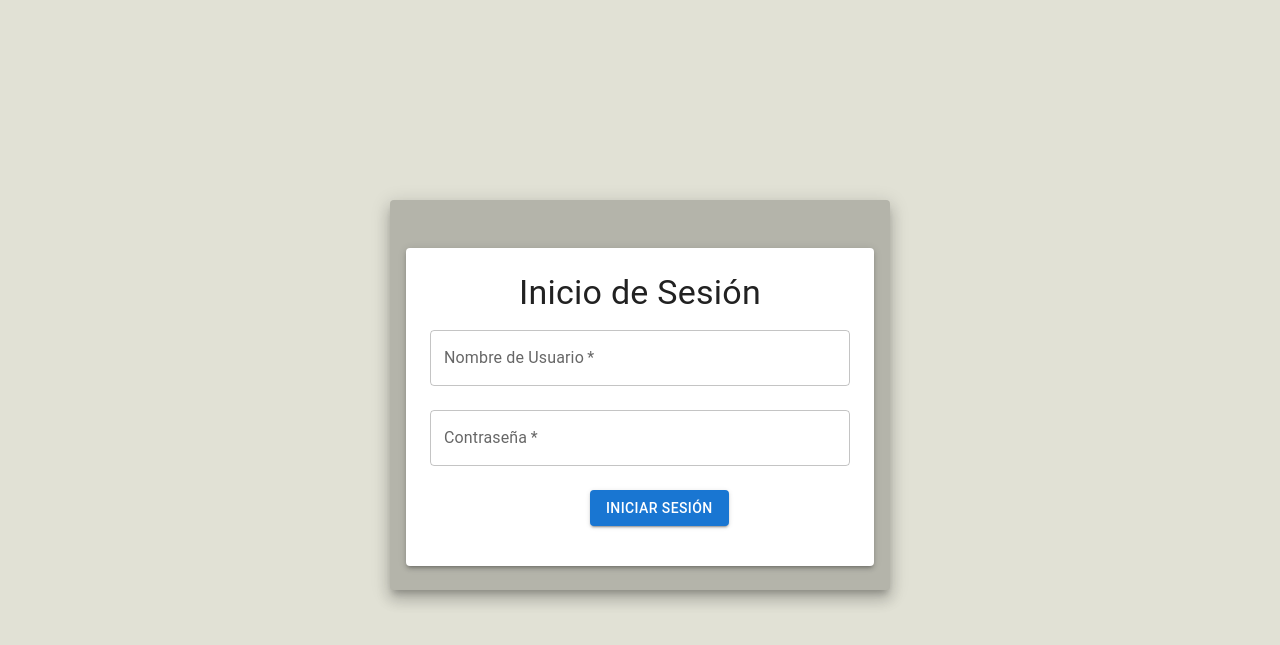
Repository: Mpablom/usuarioCaC-integrador-final-front
Page: /
The author's editor kept a copy of each file at every save. The page is drawn from the files as they stood at one save, then again after the next save.
The browser window is 1280 px wide. The pictures show the whole page.
The project was rebuilt for these pictures with package versions that can differ from the ones it lists, and the page was loaded fresh each time. Also part of the build but not shown: vite.config.ts, src/components/UsuariosTable.tsx.

Above is the page before, as saved 2024-07-11 00:35:23.

### src/App.tsx
// App.tsx (o donde configures tus rutas)
import React from 'react';
import {
  BrowserRouter as Router,
  Route,
  Routes,
  Navigate,
} from 'react-router-dom';
import Login from './components/Login'; // Componente de inicio de sesión
import UsuariosTable from './components/UsuariosTable'; // Componente de la tabla de usuarios

const App: React.FC = () => {
  return (
    <Router>
      <Routes>
        <Route path="/login" element={<Login />} />
        <Route path="/usuarios" element={<UsuariosTable />} />
        <Route path="/" element={<Navigate to="/login" />} />
      </Routes>
    </Router>
  );
};

export default App;

### src/index.css
 :root {
  font-family: system-ui, -apple-system, BlinkMacSystemFont, 'Segoe UI', Roboto;
  line-height: 1.5;
  /* font-weight: 400; */

  color-scheme: light dark;
  color: rgba(255, 255, 255, 0.87);
  background-color: #E1E1D5;

  font-synthesis: none;
  text-rendering: optimizeLegibility;
  -webkit-font-smoothing: antialiased;
  -moz-osx-font-smoothing: grayscale;
}
Card{
  background-color: #B4B4AA;
}
/*
a {
  font-weight: 500;
  color: #646cff;
  text-decoration: inherit;
}
a:hover {
  color: #535bf2;
}

body {
  margin: 0;
  display: flex;
  place-items: center;
  min-width: 320px;
  min-height: 100vh;
}

h1 {
  font-size: 3.2em;
  line-height: 1.1;
  color: #1a1a1a;
}

button {
  border-radius: 8px;
  border: 1px solid transparent;
  padding: 0.6em 1.2em;
  font-size: 1em;
  font-weight: 500;
  font-family: inherit;
  background-color: #1a1a1a;
  cursor: pointer;
  transition: border-color 0.25s;
}
button:hover {
  border-color: #646cff;
}
button:focus,
button:focus-visible {
  outline: 4px auto -webkit-focus-ring-color;
}

@media (prefers-color-scheme: light) {
  :root {
    color: #213547;
    background-color: #ffffff;
  }
  a:hover {
    color: #747bff;
  }
  button {
    background-color: #f9f9f9;
  }
}
 */

### src/components/Login.tsx
import {
  Button,
  Card,
  CardContent,
  CardHeader,
  Container,
  TextField,
  Typography,
} from "@mui/material";
import { login } from "../axios/UsuarioApi";
import { useState } from "react";
import { useNavigate } from "react-router-dom";

const Login: React.FC = () => {
  const [username, setUsername] = useState("");
  const [password, setPassword] = useState("");
  const [error, setError] = useState("");
  const navigate = useNavigate();
  const handleLogin = async (event: React.FormEvent<HTMLFormElement>) => {
    event.preventDefault();
    setError("");
    try {
      const response = await login({ username, password });
      if (response.message === "Autenticación exitosa") {
        navigate("/usuarios");
      }
    } catch (error) {
      setError("Error al iniciar sesión");
    }
  };
  return (
    <Card
      sx={{
        maxWidth: 500,
        margin: "auto",
        boxShadow: "10",
        mt: '200px',
        bgcolor: "#B4B4AA",
      }}
    >
      <CardHeader />
      <CardContent>
        <Container sx={{ bgcolor: "#FFFFFF", p: 3, boxShadow: 3, borderRadius: 1 }}>
          <Typography variant="h4" component="h1" textAlign={"center"}>
            Inicio de Sesión
          </Typography>
          <form onSubmit={handleLogin}>
            <TextField
              label="Nombre de Usuario"
              variant="outlined"
              fullWidth
              margin="normal"
              value={username}
              onChange={(e) => setUsername(e.target.value)}
              required
            />
            <TextField
              label="Contraseña"
              variant="outlined"
              fullWidth
              margin="normal"
              type="password"
              value={password}
              onChange={(e) => setPassword(e.target.value)}
              required
            />
            {error && (
              <Typography color="error" variant="body2">
                {error}
              </Typography>
            )}
            <Button type="submit" variant="contained" color="primary" sx={{ ml:20,my: 2 }}>
              Iniciar Sesión
            </Button>
          </form>
        </Container>
      </CardContent>
    </Card>
  );
};

export default Login;

### src/axios/UsuarioApi.ts
import api from './Api';
import { Usuario, UsuarioLogin } from '../models/UsuarioModel';

export const getUsuarios = async (): Promise<Usuario[]> => {
  const response = await api.get('/usuarios');
  return response.data;
};

export const getUsuarioById = async (id: number): Promise<Usuario> => {
  const response = await api.get(`/usuarios/${id}`);
  return response.data;
};

export const createUsuario = async (usuario: Usuario): Promise<void> => {
  const response = await api.post('/usuarios', usuario);
  return response.data;
};

export const updateUsuario = async (id: number, usuario: Usuario): Promise<void> => {
  const response = await api.put(`/usuarios/${id}`, usuario);
  return response.data;
};

export const deleteUsuario = async (id: number): Promise<void> => {
  const response = await api.delete(`/usuarios/${id}`);
  return response.data;
};

export const restoreUsuario = async (id: number): Promise<void> => {
  const response = await api.patch(`/usuarios/${id}`);
  return response.data;
};
export const login = async (usuarioLogin: UsuarioLogin): Promise<Usuario> => {
    try {
        const response = await api.post(`/usuarios/login`, usuarioLogin);
        return response.data as Usuario; // Asegúrate de que response.data sea del tipo Usuario
    } catch (error) {
        if (error instanceof Error) {
            throw new Error(`Error al iniciar sesión: ${error.message}`);
        } else {
            throw new Error(`Error al iniciar sesión: Error desconocido`);
        }
    }
  }

### src/axios/api.ts
import axios from 'axios';

const api = axios.create({
  baseURL: 'http://localhost:8080',
  headers: {
    'Content-Type': 'application/json',
  },
});

export default api;

Loaded but not shown: index.html (common file); src/main.tsx (common file)

After the next save:
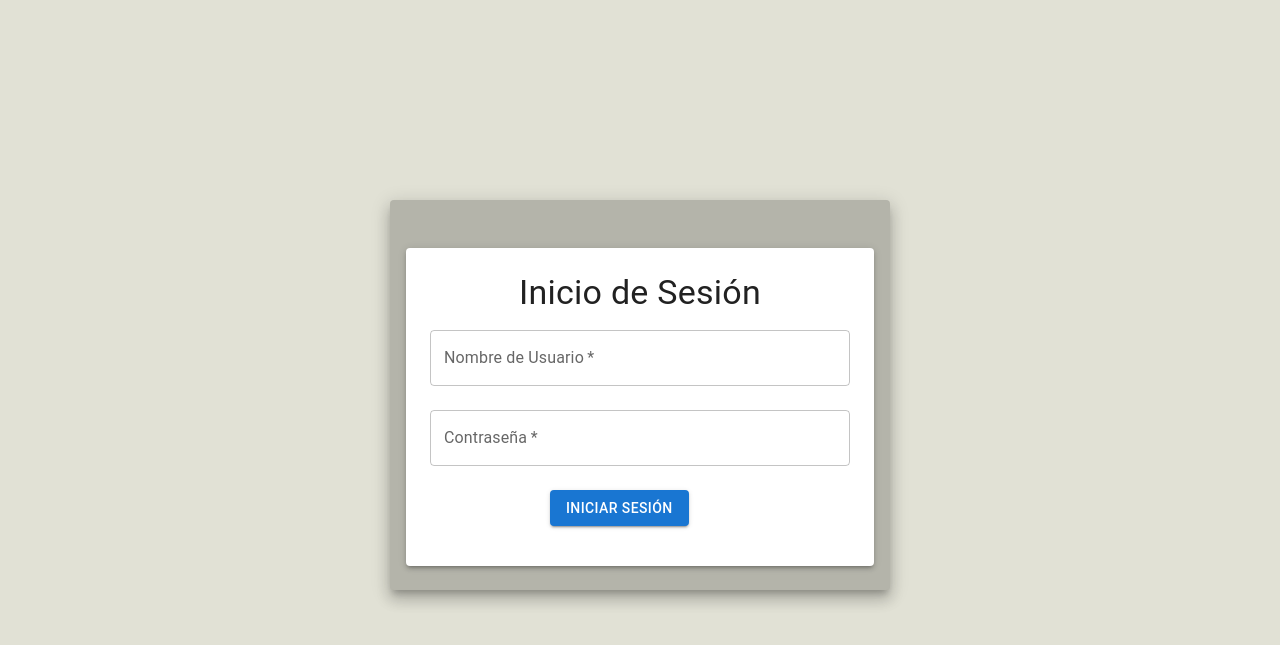
Saved 5 s later.
--- a/src/components/Login.tsx
+++ b/src/components/Login.tsx
@@ -69,7 +69,7 @@ const Login: React.FC = () => {
                 {error}
               </Typography>
             )}
-            <Button type="submit" variant="contained" color="primary" sx={{ ml:20,my: 2 }}>
+            <Button type="submit" variant="contained" color="primary" sx={{ ml:15,my: 2 }}>
               Iniciar Sesión
             </Button>
           </form>
